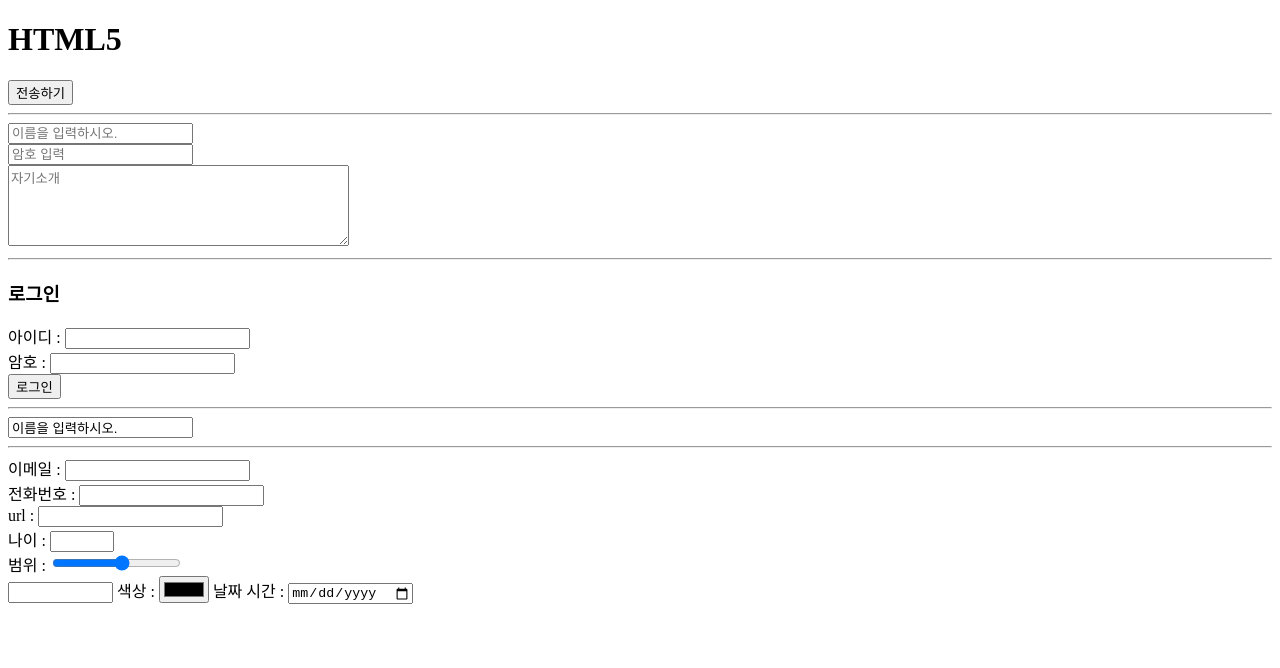
Repository: hb6700/client
Page: ClientTest/src/main/webapp/html/ex19.html
These files come from the project's save history. The page is drawn as it stood at one moment and after the next save; the edit follows.
The browser window is 1280 px wide. The pictures show the whole page.

Above is the page before, as saved 2023-09-21 08:38:20.

After the next save:
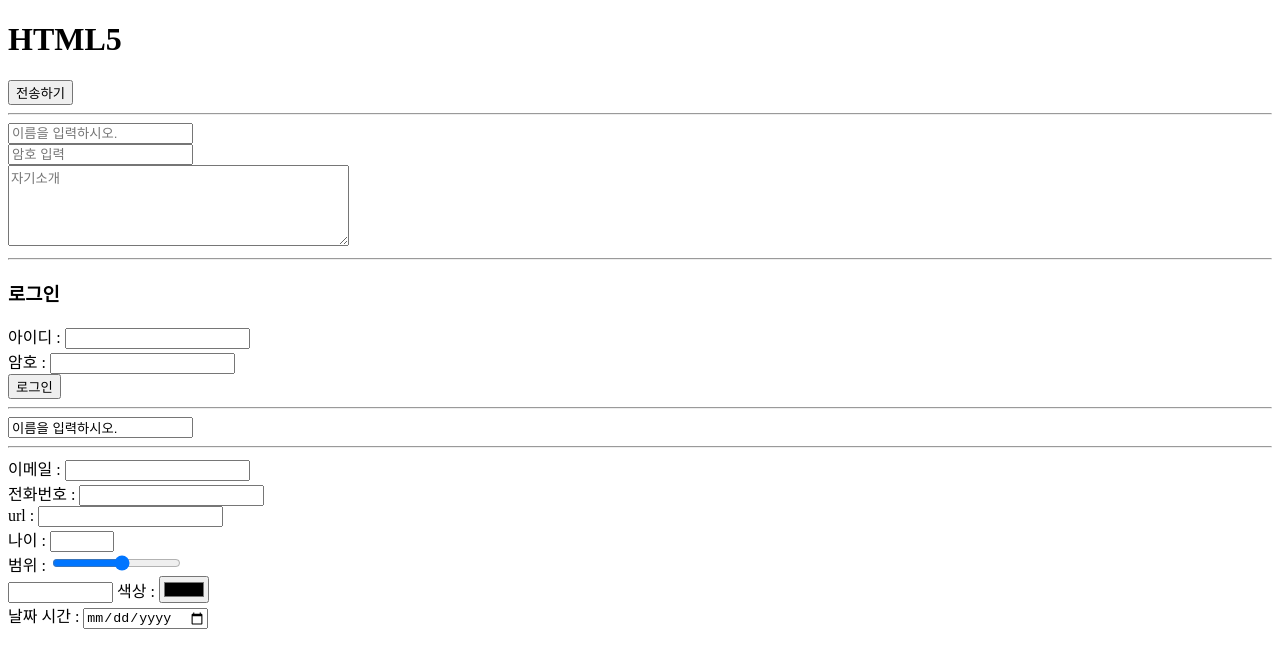
Saved 11 s later.
--- a/ClientTest/src/main/webapp/html/ex19.html
+++ b/ClientTest/src/main/webapp/html/ex19.html
@@ -34,8 +34,9 @@
 			나이 : <input type="number" min="0" max="100" step="10"><br>
 			범위 : <input type="range" onchange="document.getElementById('txt1').value=this.value;" min="10" max="120" step="10"><br>
 			<input type="text" id="txt1" size="10">
-			색상 : <input type="color" onchange="document.body.bgcolor=this.value;">
-			날짜 시간 : <input type="date">
+			색상 : <input type="color" onchange="document.body.bgcolor=this.value;"><br>
+			날짜 시간 : <input type="date"><br>
+
 
 
 
